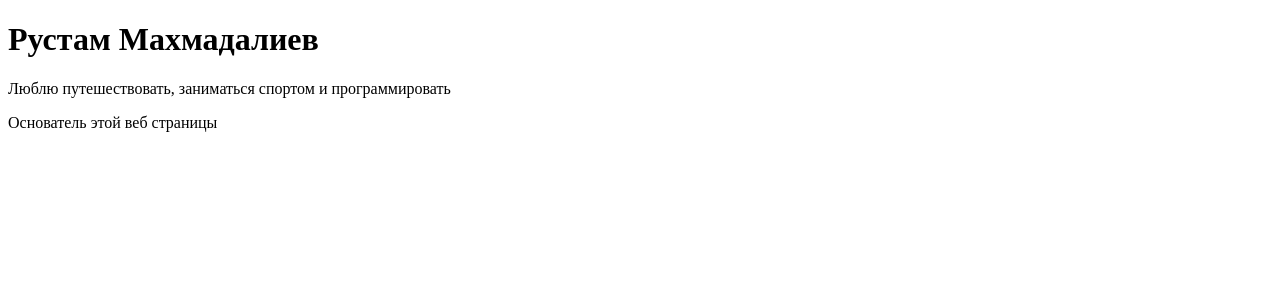
Repository: RustamMakh/html
Page: index.html
These files come from the project's save history. The page is drawn as it stood at one moment and after the next save; the edit follows.
The browser window is 1280 px wide. The pictures show the whole page.

Above is the page before, as saved 2022-06-07 19:35:38.

After the next save:
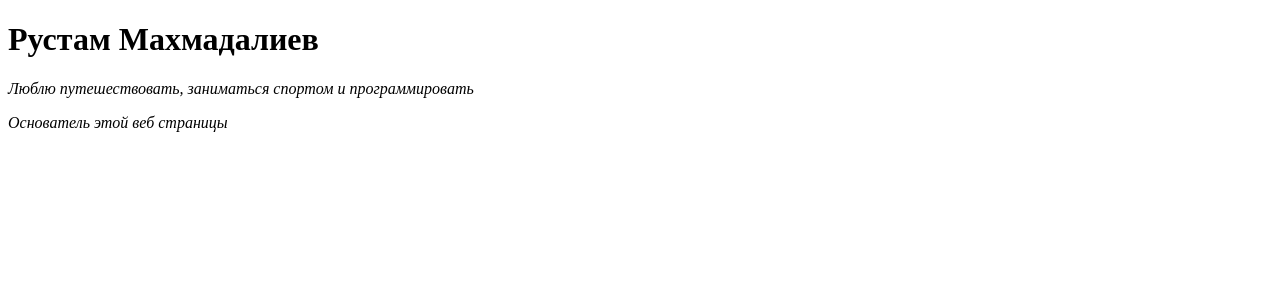
Saved 2 min 16 s later.
--- a/index.html
+++ b/index.html
@@ -8,7 +8,7 @@
 </head>
 <body>
   <h1>Рустам Махмадалиев</h1>
-  <p>Люблю путешествовать, заниматься спортом и программировать</p>
+  <p><em>Люблю путешествовать, заниматься спортом и программировать<em></p>
   <p>Основатель этой веб страницы</p>
 </body>
 </html>
